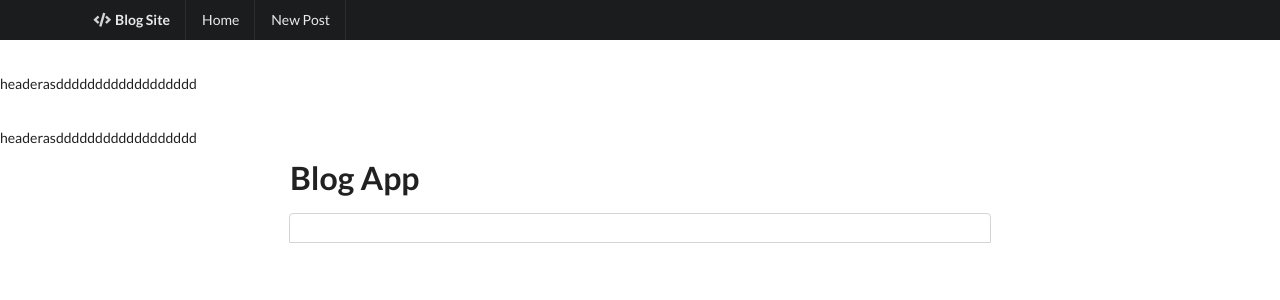
Repository: HuakunShen/LearnWeb
Page: http://localhost/blogs
The author's editor kept a record of every edit. The page is drawn from the files as they stood at one moment, then again after the next edit.
The browser window is 1280 px wide. The pictures show the whole page.
The page is served by the project's Node server (BlogApp/app.js). Queries for data that is not in the repository find no rows.

Above is the page before.

After the next edit:
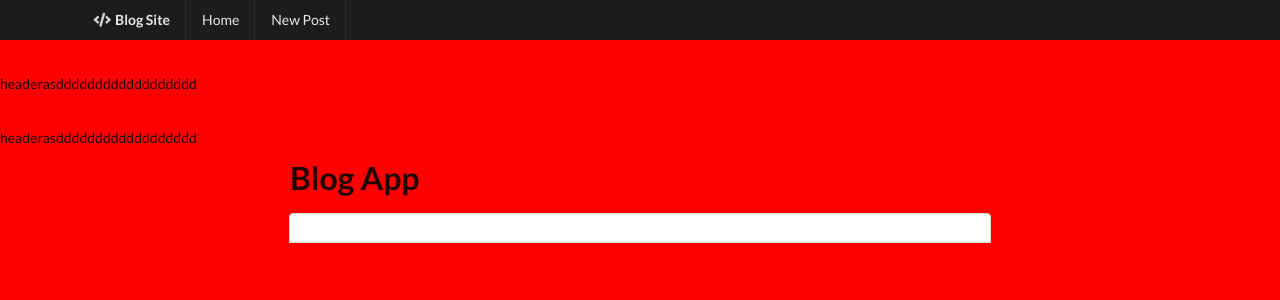
The edit:
--- a/workspace/BlogApp/views/partials/header.ejs
+++ b/workspace/BlogApp/views/partials/header.ejs
@@ -4,6 +4,15 @@
         <link rel="stylesheet" href="https://cdnjs.cloudflare.com/ajax/libs/semantic-ui/2.4.1/semantic.min.css" />
         <link rel"stylesheet" type="text/css" href="stylesheets/app.css">
     </head>
+    <style>
+        i .icon {
+            font-size: 2em;
+        }
+
+        body {
+        background-color: red;
+        }
+    </style>
     <body>
         <br>
         <p>headerasdddddddddddddddddd</p>

After the edit that followed:
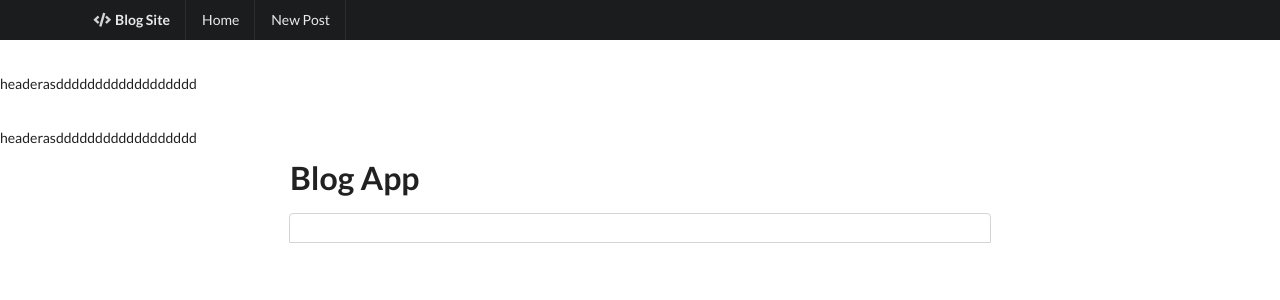
The edit:
--- a/workspace/BlogApp/views/partials/header.ejs
+++ b/workspace/BlogApp/views/partials/header.ejs
@@ -5,13 +5,13 @@
         <link rel"stylesheet" type="text/css" href="stylesheets/app.css">
     </head>
     <style>
-        i .icon {
-            font-size: 2em;
-        }
+        /*i .icon {*/
+        /*    font-size: 2em;*/
+        /*}*/
 
-        body {
-        background-color: red;
-        }
+        /*body {*/
+        /*    background-color: red;*/
+        /*}*/
     </style>
     <body>
         <br>
